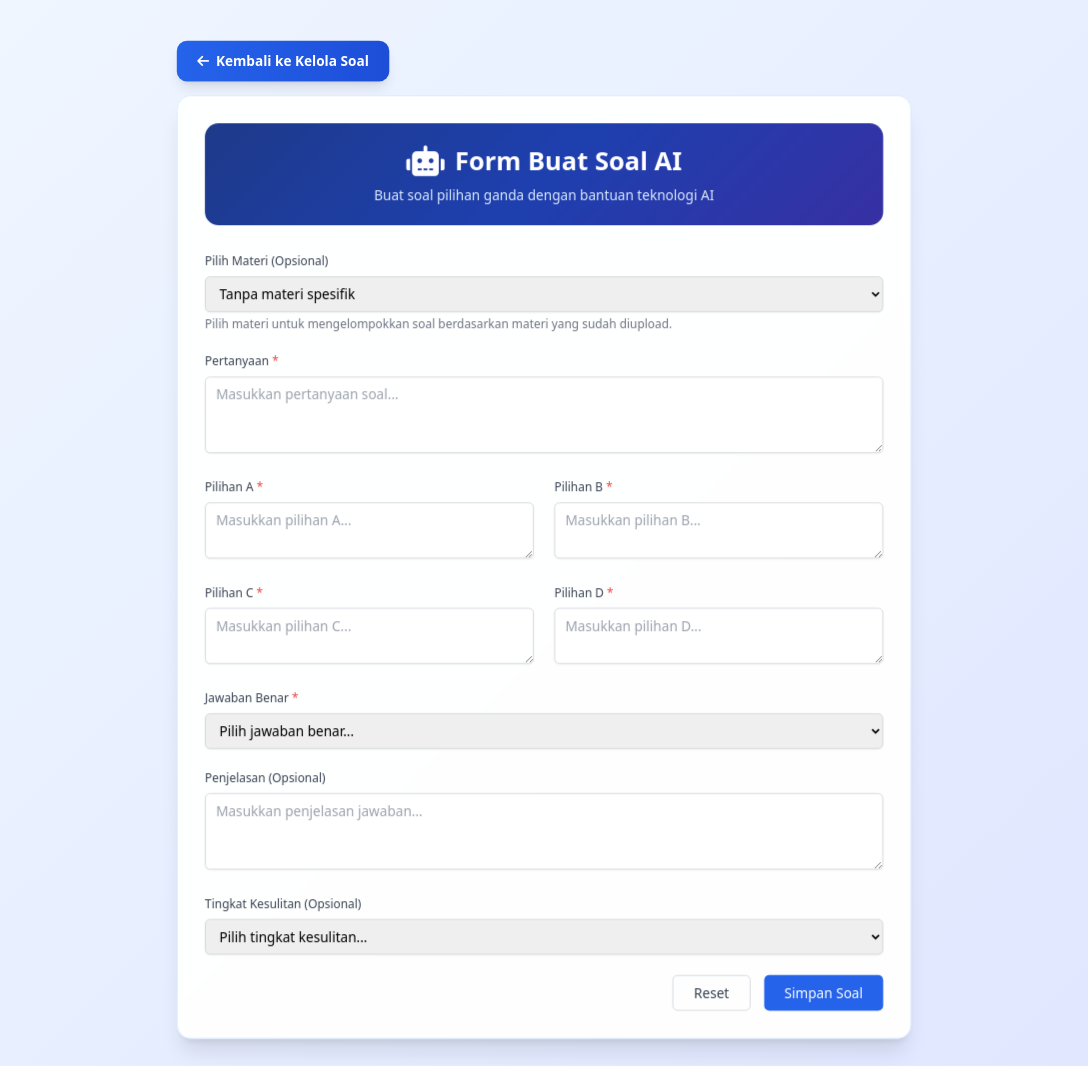
Repository: Autofat/LMS-MOOC
Page: http://localhost/questions/create
The author's editor kept a copy of each file at every save. The page is drawn from the files as they stood at one save, then again after the next save.
The browser window is 1280 px wide. The pictures show the whole page, at 85% of full size.
Some web libraries are served in a nearby version. The page is served by the project's Laravel application, run on PHP 8.4 with Laravel 12. A made-up administrator, Test User (test@example.com), is signed in. Other server files are loaded and not shown. Queries for data that is not in the repository find no rows.

Above is the page before, as saved 2025-08-01 13:15:02.
Console error: TypeError: Cannot set properties of null (setting 'textContent')

### resources/views/form.blade.php
<!DOCTYPE html>
<html lang="id">

<head>
    <meta charset="UTF-8">
    <meta name="viewport" content="width=device-width, initial-scale=1.0">
    <title>Form Buat Soal - AI Generator</title>
    <script src="https://cdn.tailwindcss.com"></script>
    <link rel="stylesheet" href="https://cdnjs.cloudflare.com/ajax/libs/font-awesome/6.0.0/css/all.min.css">
    <style>
        .professional-gradient {
            background: linear-gradient(135deg, #1e3a8a 0%, #1e40af 50%, #3730a3 100%);
        }
    </style>
</head>

<body class="bg-gradient-to-br from-blue-50 to-indigo-100 min-h-screen py-8">
    <div class="max-w-4xl mx-auto px-4 py-4">
        <div class="flex justify-between items-center">
            <a href="{{ route('questions.manage') }}"
                class="bg-gradient-to-r from-blue-600 to-blue-700 hover:from-blue-700 hover:to-blue-800 text-white font-bold py-3 px-6 rounded-xl shadow-lg hover:shadow-xl transition-all duration-300 flex items-center space-x-2">
                <i class="fas fa-arrow-left"></i>
                <span>Kembali ke Kelola Soal</span>
            </a>
        </div>
    </div>
    <div class="max-w-4xl mx-auto px-4">
        <div class="bg-white/95 backdrop-blur-sm rounded-2xl shadow-xl p-8 border border-blue-100">
            <!-- Header -->
            <div class="text-center mb-8">
                <div class="professional-gradient p-6 rounded-2xl mb-6">
                    <h1 class="text-3xl font-bold text-white mb-2 flex items-center justify-center space-x-3">
                        <i class="fas fa-robot text-4xl"></i>
                        <span>Form Buat Soal AI</span>
                    </h1>
                    <p class="text-blue-100">Buat soal pilihan ganda dengan bantuan teknologi AI</p>
                </div>
            </div>

            <!-- Auto-Fill Message -->
            @if (isset($autoFillData))
                <div class="bg-gradient-to-r from-blue-100 to-indigo-100 border border-blue-300 text-blue-800 px-6 py-4 rounded-xl mb-6 flex items-center space-x-3">
                    <i class="fas fa-magic text-blue-600 text-xl"></i>
                    <div>
                        <strong>Form telah diisi otomatis oleh AI!</strong>
                        <p class="text-sm mt-1">Data dari sistem AI telah dimuat. Anda dapat mengedit dan submit secara manual.</p>
                    </div>
                </div>
            @endif

            <!-- Error Messages -->
            @if ($errors->any())
                <div class="bg-gradient-to-r from-red-100 to-red-50 border border-red-300 text-red-700 px-6 py-4 rounded-xl mb-6">
                    <div class="flex items-center space-x-3 mb-2">
                        <i class="fas fa-exclamation-triangle text-red-600"></i>
                        <strong>Terdapat kesalahan:</strong>
                    </div>
                    <ul class="list-disc list-inside ml-6">
                        @foreach ($errors->all() as $error)
                            <li>{{ $error }}</li>
                        @endforeach
                    </ul>
                </div>
            @endif

            <!-- Form -->
            <form action="{{ route('questions.store') }}" method="POST" class="space-y-6">
                @csrf

                <!-- Material Selection -->
                <div>
                    <label for="material_id" class="block text-sm font-medium text-gray-700 mb-2">
                        Pilih Materi (Opsional)
                    </label>
                    <select id="material_id" name="material_id"
                        class="w-full px-3 py-2 border border-gray-300 rounded-md shadow-sm focus:outline-none focus:ring-2 focus:ring-blue-500 focus:border-transparent">
                        <option value="">Tanpa materi spesifik</option>
                        @foreach (\App\Models\Material::where('is_active', true)->orderBy('title')->get() as $material)
                            <option value="{{ $material->id }}"
                                {{ old('material_id', $autoFillData['material_id'] ?? '') == $material->id ? 'selected' : '' }}>
                                {{ $material->title }}
                                @if ($material->category)
                                    ({{ $material->category }})
                                @endif
                            </option>
                        @endforeach
                    </select>
                    <p class="text-sm text-gray-500 mt-1">Pilih materi untuk mengelompokkan soal berdasarkan materi yang
                        sudah diupload.</p>
                </div>

                <!-- Question -->
                <div>
                    <label for="question" class="block text-sm font-medium text-gray-700 mb-2">
                        Pertanyaan <span class="text-red-500">*</span>
                    </label>
                    <textarea id="question" name="question" rows="3"
                        class="w-full px-3 py-2 border border-gray-300 rounded-md shadow-sm focus:outline-none focus:ring-2 focus:ring-blue-500 focus:border-transparent"
                        placeholder="Masukkan pertanyaan soal..." required>{{ old('question', $autoFillData['question'] ?? '') }}</textarea>
                </div>

                <!-- Options -->
                <div class="grid md:grid-cols-2 gap-6">
                    <!-- Option A -->
                    <div>
                        <label for="option_a" class="block text-sm font-medium text-gray-700 mb-2">
                            Pilihan A <span class="text-red-500">*</span>
                        </label>
                        <textarea id="option_a" name="option_a" rows="2"
                            class="w-full px-3 py-2 border border-gray-300 rounded-md shadow-sm focus:outline-none focus:ring-2 focus:ring-blue-500 focus:border-transparent"
                            placeholder="Masukkan pilihan A..." required>{{ old('option_a', $autoFillData['option_a'] ?? '') }}</textarea>
                    </div>

                    <!-- Option B -->
                    <div>
                        <label for="option_b" class="block text-sm font-medium text-gray-700 mb-2">
                            Pilihan B <span class="text-red-500">*</span>
                        </label>
                        <textarea id="option_b" name="option_b" rows="2"
                            class="w-full px-3 py-2 border border-gray-300 rounded-md shadow-sm focus:outline-none focus:ring-2 focus:ring-blue-500 focus:border-transparent"
                            placeholder="Masukkan pilihan B..." required>{{ old('option_b', $autoFillData['option_b'] ?? '') }}</textarea>
                    </div>

                    <!-- Option C -->
                    <div>
                        <label for="option_c" class="block text-sm font-medium text-gray-700 mb-2">
                            Pilihan C <span class="text-red-500">*</span>
                        </label>
                        <textarea id="option_c" name="option_c" rows="2"
                            class="w-full px-3 py-2 border border-gray-300 rounded-md shadow-sm focus:outline-none focus:ring-2 focus:ring-blue-500 focus:border-transparent"
                            placeholder="Masukkan pilihan C..." required>{{ old('option_c', $autoFillData['option_c'] ?? '') }}</textarea>
                    </div>

                    <!-- Option D -->
                    <div>
                        <label for="option_d" class="block text-sm font-medium text-gray-700 mb-2">
                            Pilihan D <span class="text-red-500">*</span>
                        </label>
                        <textarea id="option_d" name="option_d" rows="2"
                            class="w-full px-3 py-2 border border-gray-300 rounded-md shadow-sm focus:outline-none focus:ring-2 focus:ring-blue-500 focus:border-transparent"
                            placeholder="Masukkan pilihan D..." required>{{ old('option_d', $autoFillData['option_d'] ?? '') }}</textarea>
                    </div>
                </div>

                <!-- Answer -->
                <div>
                    <label for="answer" class="block text-sm font-medium text-gray-700 mb-2">
                        Jawaban Benar <span class="text-red-500">*</span>
                    </label>
                    <select id="answer" name="answer"
                        class="w-full px-3 py-2 border border-gray-300 rounded-md shadow-sm focus:outline-none focus:ring-2 focus:ring-blue-500 focus:border-transparent"
                        required>
                        <option value="">Pilih jawaban benar...</option>
                        <option value="A"
                            {{ old('answer', $autoFillData['answer'] ?? '') == 'A' ? 'selected' : '' }}>A</option>
                        <option value="B"
                            {{ old('answer', $autoFillData['answer'] ?? '') == 'B' ? 'selected' : '' }}>B</option>
                        <option value="C"
                            {{ old('answer', $autoFillData['answer'] ?? '') == 'C' ? 'selected' : '' }}>C</option>
                        <option value="D"
                            {{ old('answer', $autoFillData['answer'] ?? '') == 'D' ? 'selected' : '' }}>D</option>
                    </select>
                </div>

                <!-- Explanation -->
                <div>
                    <label for="explanation" class="block text-sm font-medium text-gray-700 mb-2">
                        Penjelasan (Opsional)
                    </label>
                    <textarea id="explanation" name="explanation" rows="3"
                        class="w-full px-3 py-2 border border-gray-300 rounded-md shadow-sm focus:outline-none focus:ring-2 focus:ring-blue-500 focus:border-transparent"
                        placeholder="Masukkan penjelasan jawaban...">{{ old('explanation', $autoFillData['explanation'] ?? '') }}</textarea>
                </div>

                <!-- Difficulty -->
                <div>
                    <label for="difficulty" class="block text-sm font-medium text-gray-700 mb-2">
                        Tingkat Kesulitan (Opsional)
                    </label>
                    <select id="difficulty" name="difficulty"
                        class="w-full px-3 py-2 border border-gray-300 rounded-md shadow-sm focus:outline-none focus:ring-2 focus:ring-blue-500 focus:border-transparent">
                        <option value="">Pilih tingkat kesulitan...</option>
                        <option value="Mudah"
                            {{ old('difficulty', $autoFillData['difficulty'] ?? '') == 'Mudah' ? 'selected' : '' }}>
                            Mudah</option>
                        <option value="Menengah"
                            {{ old('difficulty', $autoFillData['difficulty'] ?? '') == 'Menengah' ? 'selected' : '' }}>
                            Menengah</option>
                        <option value="Sulit"
                            {{ old('difficulty', $autoFillData['difficulty'] ?? '') == 'Sulit' ? 'selected' : '' }}>
                            Sulit</option>
                    </select>
                </div>

                <!-- Submit Button -->
                <div class="flex justify-end space-x-4">
                    <button type="button" onclick="resetForm()"
                        class="px-6 py-2 border border-gray-300 rounded-md text-gray-700 hover:bg-gray-50 focus:outline-none focus:ring-2 focus:ring-gray-500 focus:ring-offset-2 transition duration-200">
                        Reset
                    </button>
                    <button type="submit"
                        class="px-6 py-2 bg-blue-600 text-white rounded-md hover:bg-blue-700 focus:outline-none focus:ring-2 focus:ring-blue-500 focus:ring-offset-2 transition duration-200">
                        Simpan Soal
                    </button>
                </div>
            </form>
        </div>
    </div>

    <script>
        // Function to reset form
        function resetForm() {
            document.querySelector('form').reset();
            updatePreview();
        }

        // Function to update JSON preview
        function updatePreview() {
            const question = document.getElementById('question').value || 'Contoh pertanyaan...';
            const optionA = document.getElementById('option_a').value || 'Pilihan A';
            const optionB = document.getElementById('option_b').value || 'Pilihan B';
            const optionC = document.getElementById('option_c').value || 'Pilihan C';
            const optionD = document.getElementById('option_d').value || 'Pilihan D';
            const answer = document.getElementById('answer').value || 'C';
            const explanation = document.getElementById('explanation').value || 'Penjelasan jawaban...';
            const difficulty = document.getElementById('difficulty').value || 'Menengah';

            const jsonData = {
                soal: [{
                    question: question,
                    options: {
                        A: optionA,
                        B: optionB,
                        C: optionC,
                        D: optionD
                    },
                    answer: answer,
                    explanation: explanation,
                    difficulty: difficulty
                }]
            };

            document.getElementById('jsonPreview').textContent = JSON.stringify(jsonData, null, 2);
        }

        // Add event listeners to update preview
        document.addEventListener('DOMContentLoaded', function() {
            const inputs = ['question', 'option_a', 'option_b', 'option_c', 'option_d', 'answer', 'explanation',
                'difficulty'
            ];
            inputs.forEach(id => {
                const element = document.getElementById(id);
                element.addEventListener('input', updatePreview);
                element.addEventListener('change', updatePreview);
            });

            updatePreview(); // Initial preview
        });
    </script>
</body>

</html>

Loaded but not shown: app/Models/User.php (common file); app/Http/Controllers/Controller.php (common file); app/Http/Controllers/QuestionController.php (1404 lines, source omitted); app/Models/Material.php (45 lines, source omitted); routes/web.php (145 lines, source omitted)

After the next save:
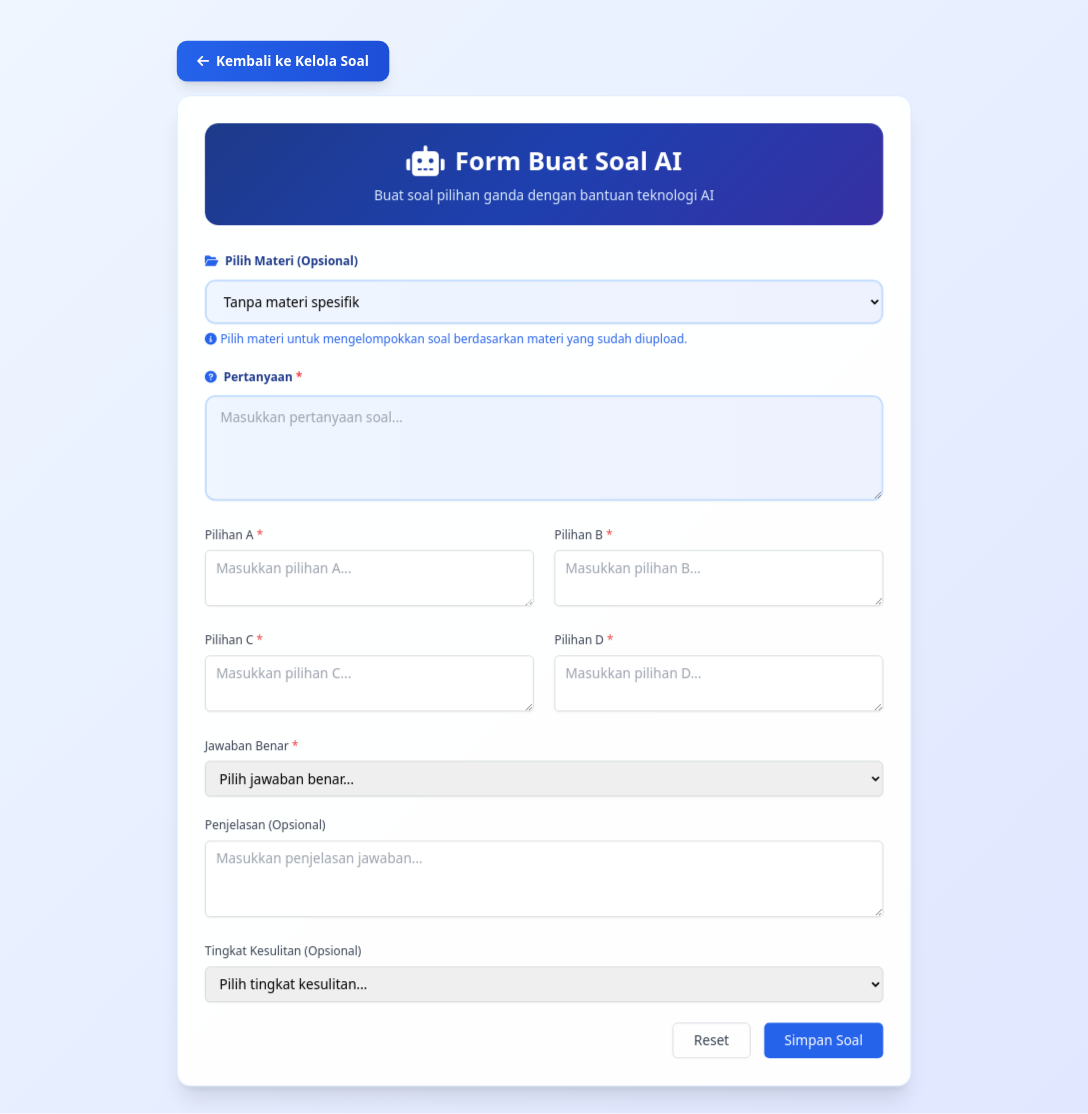
Saved 23 s later.
--- a/resources/views/form.blade.php
+++ b/resources/views/form.blade.php
@@ -69,11 +69,12 @@
 
                 <!-- Material Selection -->
                 <div>
-                    <label for="material_id" class="block text-sm font-medium text-gray-700 mb-2">
-                        Pilih Materi (Opsional)
+                    <label for="material_id" class="block text-sm font-semibold text-blue-900 mb-3 flex items-center space-x-2">
+                        <i class="fas fa-folder-open text-blue-600"></i>
+                        <span>Pilih Materi (Opsional)</span>
                     </label>
                     <select id="material_id" name="material_id"
-                        class="w-full px-3 py-2 border border-gray-300 rounded-md shadow-sm focus:outline-none focus:ring-2 focus:ring-blue-500 focus:border-transparent">
+                        class="w-full px-4 py-3 border-2 border-blue-200 rounded-xl shadow-sm focus:outline-none focus:ring-2 focus:ring-blue-500 focus:border-blue-500 transition-all bg-gradient-to-r from-blue-50 to-indigo-50">
                         <option value="">Tanpa materi spesifik</option>
                         @foreach (\App\Models\Material::where('is_active', true)->orderBy('title')->get() as $material)
                             <option value="{{ $material->id }}"
@@ -85,17 +86,20 @@
                             </option>
                         @endforeach
                     </select>
-                    <p class="text-sm text-gray-500 mt-1">Pilih materi untuk mengelompokkan soal berdasarkan materi yang
-                        sudah diupload.</p>
+                    <p class="text-sm text-blue-600 mt-2 flex items-center space-x-1">
+                        <i class="fas fa-info-circle"></i>
+                        <span>Pilih materi untuk mengelompokkan soal berdasarkan materi yang sudah diupload.</span>
+                    </p>
                 </div>
 
                 <!-- Question -->
                 <div>
-                    <label for="question" class="block text-sm font-medium text-gray-700 mb-2">
-                        Pertanyaan <span class="text-red-500">*</span>
-                    </label>
-                    <textarea id="question" name="question" rows="3"
-                        class="w-full px-3 py-2 border border-gray-300 rounded-md shadow-sm focus:outline-none focus:ring-2 focus:ring-blue-500 focus:border-transparent"
+                    <label for="question" class="block text-sm font-semibold text-blue-900 mb-3 flex items-center space-x-2">
+                        <i class="fas fa-question-circle text-blue-600"></i>
+                        <span>Pertanyaan <span class="text-red-500">*</span></span>
+                    </label>
+                    <textarea id="question" name="question" rows="4"
+                        class="w-full px-4 py-3 border-2 border-blue-200 rounded-xl shadow-sm focus:outline-none focus:ring-2 focus:ring-blue-500 focus:border-blue-500 transition-all bg-gradient-to-r from-blue-50 to-indigo-50"
                         placeholder="Masukkan pertanyaan soal..." required>{{ old('question', $autoFillData['question'] ?? '') }}</textarea>
                 </div>
 
